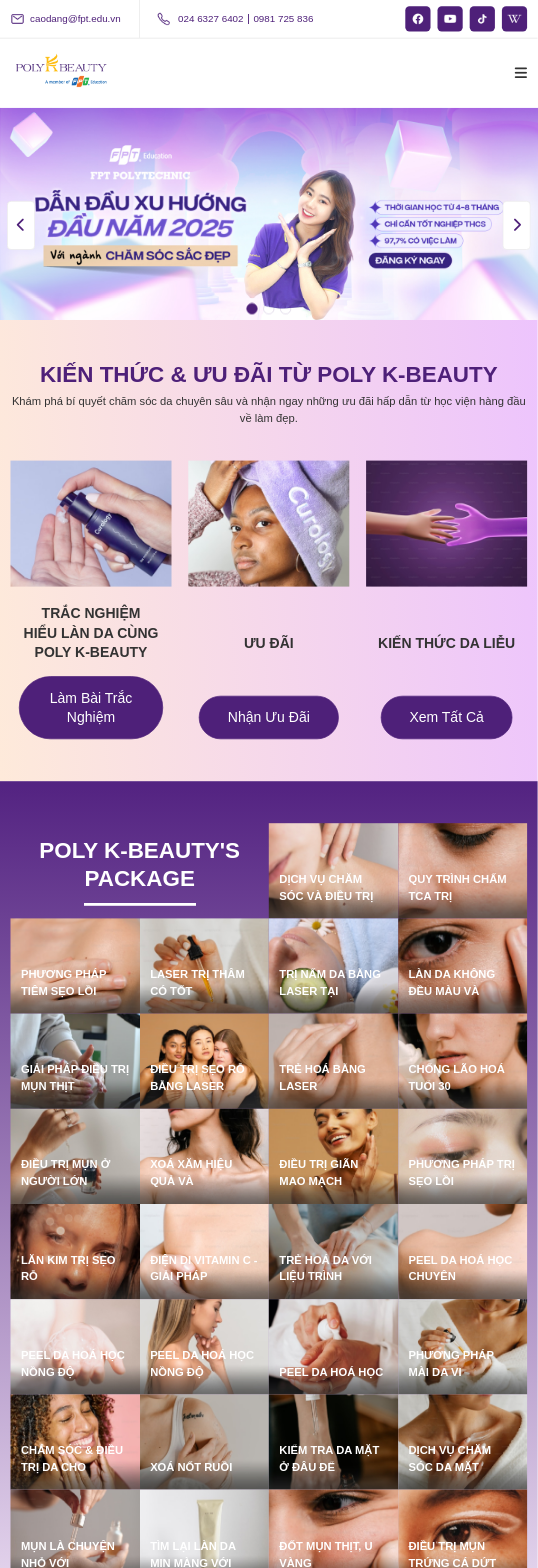
Repository: dinhtri123/k_beauty
Page: index.html
These files come from the project's save history. The page is drawn as it stood at one moment and after the next save; the edit follows.
The browser window is 768 px wide. The pictures show the part of the page from y = 0 to 2240 px (the page is 4427 px tall), at 70% of full size.
Some web fonts or font styles are not loaded; a fallback is used.

Above is the page before, as saved 2024-12-24 20:01:12.

After the next save:
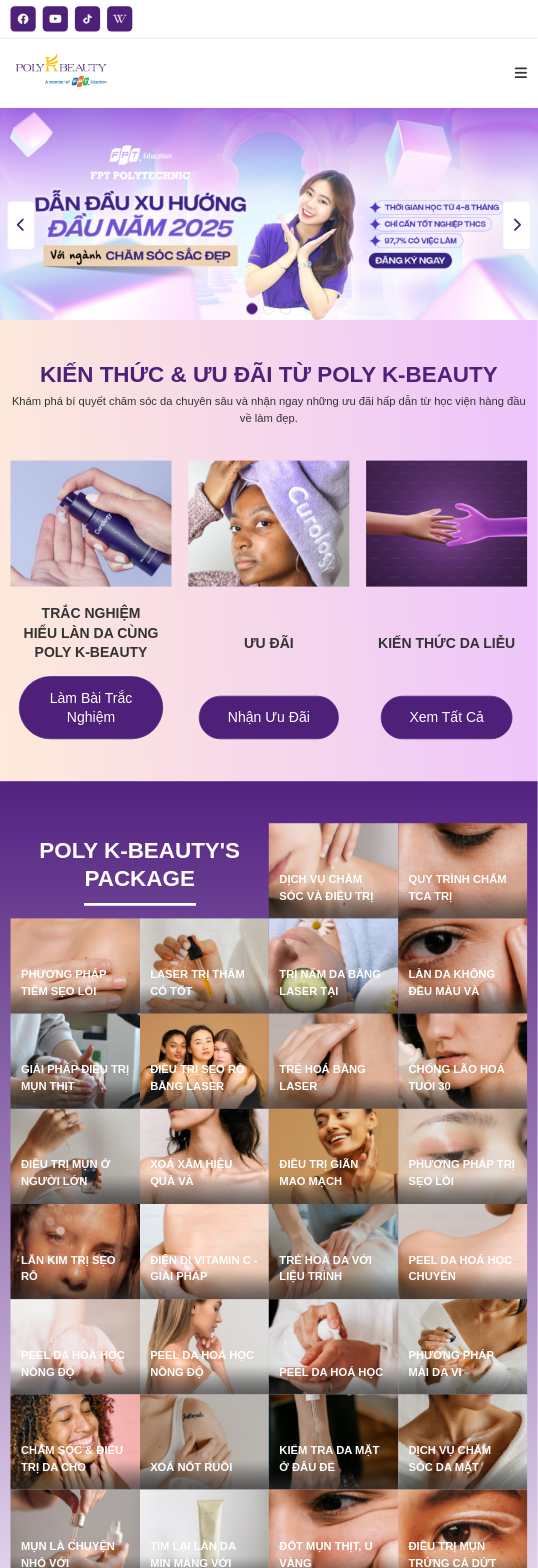
Saved 15 s later.
--- a/css/style.css
+++ b/css/style.css
@@ -538,6 +538,9 @@
     font-size: 20px;
     cursor: pointer;
   }
+  .header-top .header-top-left {
+    display: none;
+  }
 }
 @media screen and (max-width: 767px) {
   .footer-wrapper {
